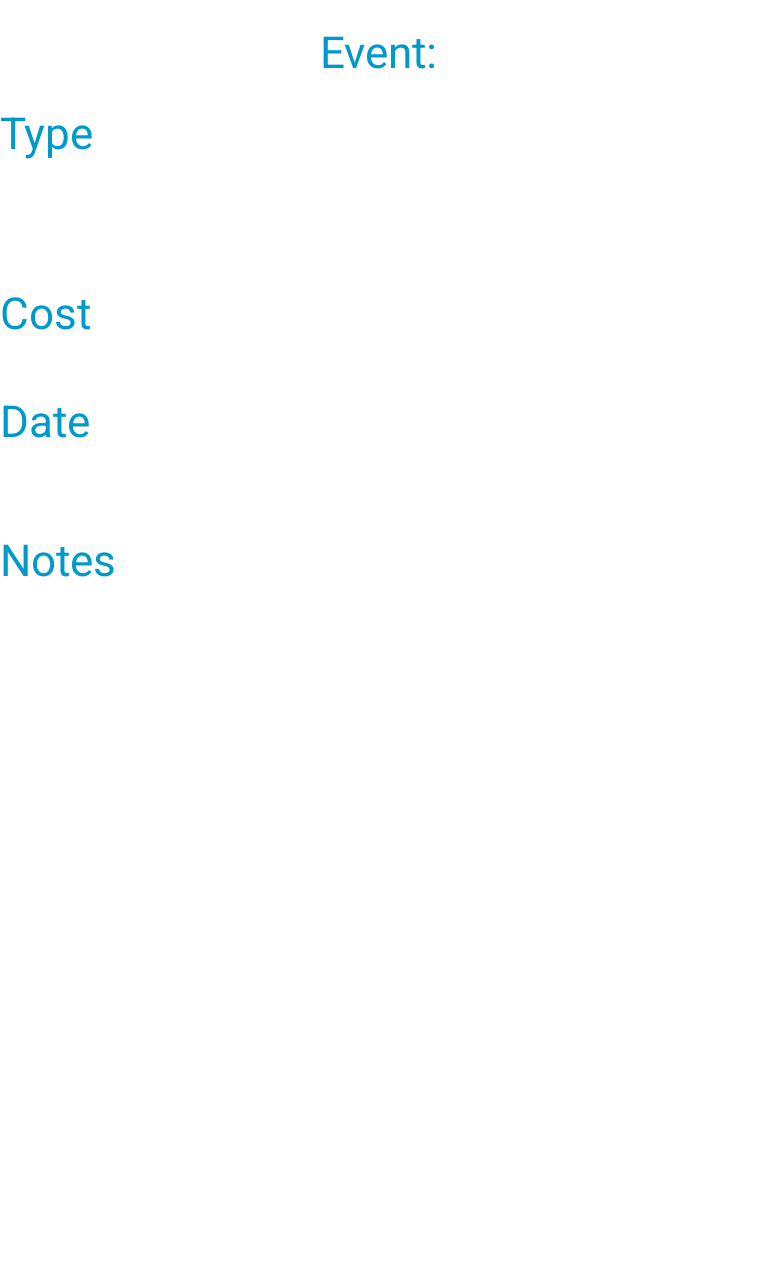
Repository: jpdias/timeinmoney
Layout: TimeInMoney/res/layout/activity_single.xml
An editor plug-in stored every save of this project. The layout is shown before and after the next save, followed by the edit.
It is drawn on a 768 x 1280 px phone screen (xhdpi) without system bars, with theme AppTheme; the app's code is not run.

Above is the layout before, as saved 2013-06-23 13:37:12.

After the next save:
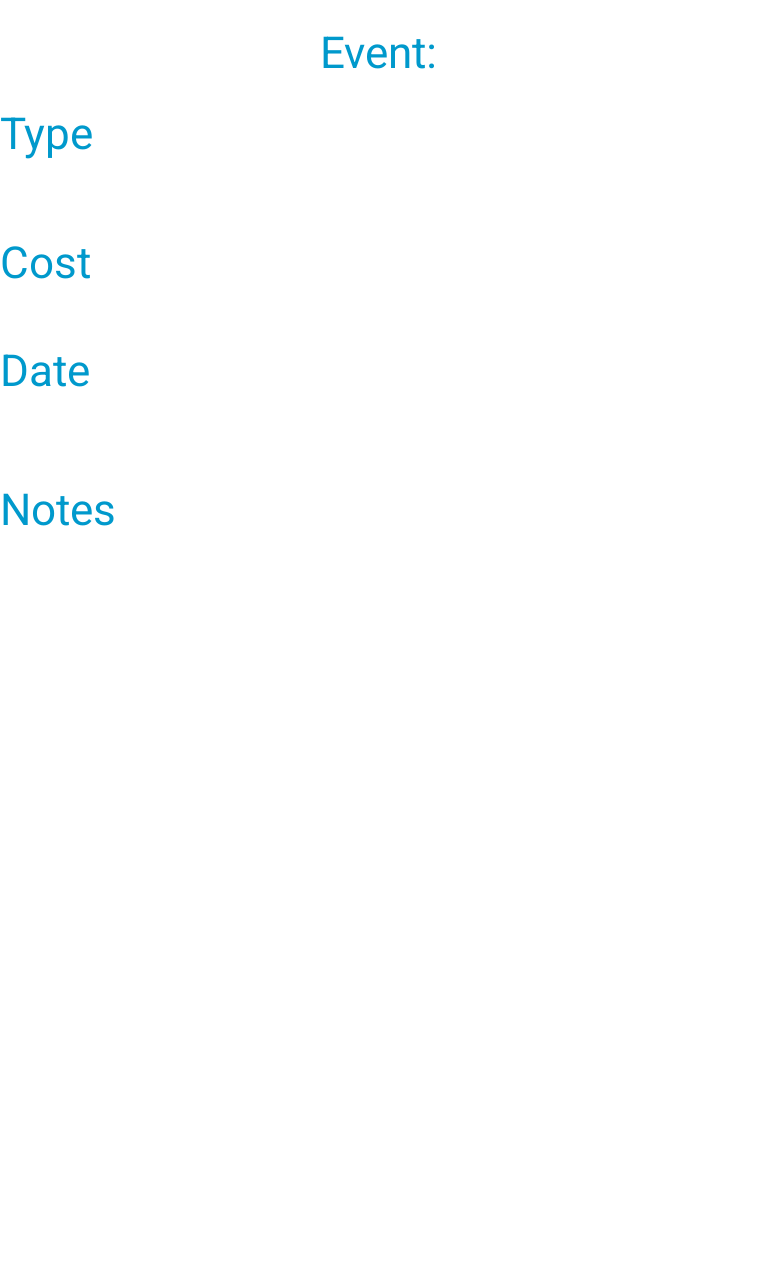
Saved 51 s later.
--- a/TimeInMoney/res/layout/activity_single.xml
+++ b/TimeInMoney/res/layout/activity_single.xml
@@ -17,23 +17,20 @@
         android:textAppearance="?android:attr/textAppearanceLarge"
         android:textColor="#0099CC" />
 
-
     <TextView
         android:id="@+id/Type_label"
         android:layout_width="match_parent"
-        android:layout_height="45dp"
+        android:layout_height="wrap_content"
         android:text="Type"
         android:textAppearance="?android:attr/textAppearanceLarge"
-        android:textColor="#0099CC"
-         />
+        android:textColor="#0099CC" />
 
      <TextView
-        android:id="@+id/Type_Label"
-        android:layout_width="match_parent"
-        android:layout_height="45dp"
-        android:textAppearance="?android:attr/textAppearanceMedium"
-        android:textColor="#0099CC"
-         />
+         android:id="@+id/Type_Label"
+         android:layout_width="match_parent"
+         android:layout_height="35dp"
+         android:textAppearance="?android:attr/textAppearanceMedium"
+         android:textColor="#0099CC" />
 
     <TextView
         android:id="@+id/Cost_Field"
